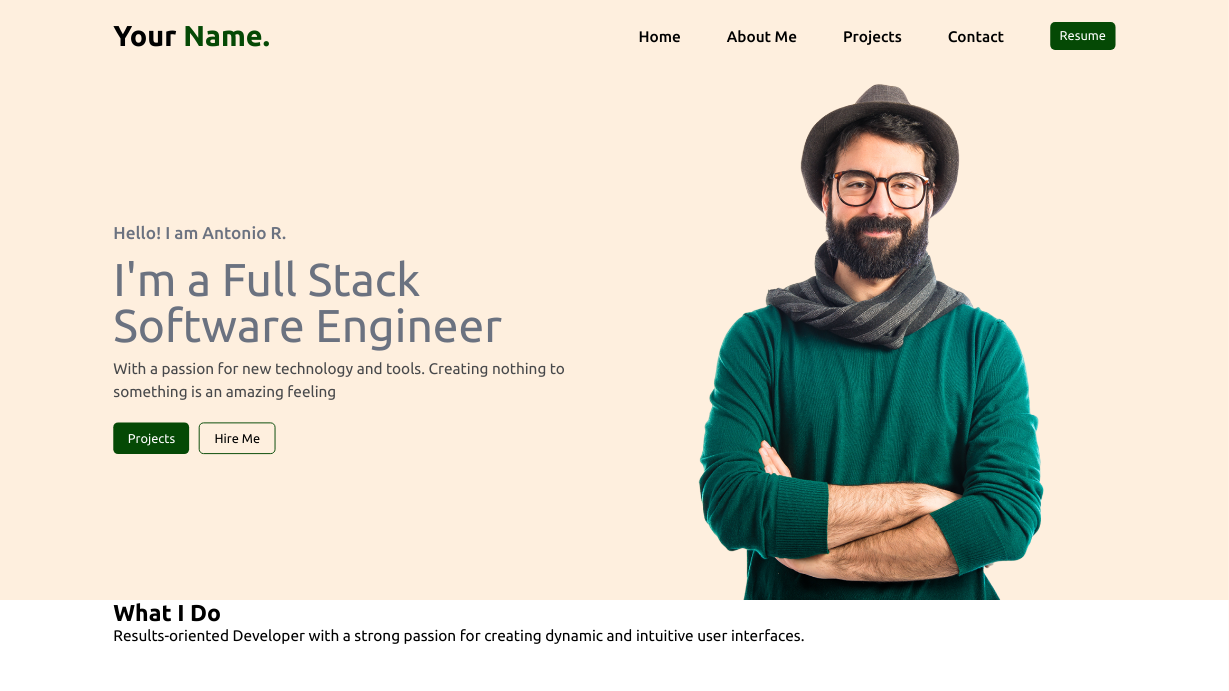
Repository: DevAntonioRogers/vanilla-portfolio
Page: index.html
An editor plug-in stored every save of this project. The page is shown before and after the next save, followed by the edit.
The browser window is 1280 px wide. The pictures show the whole page, at 96% of full size.

Above is the page before, as saved 2023-07-14 22:33:37.

After the next save:
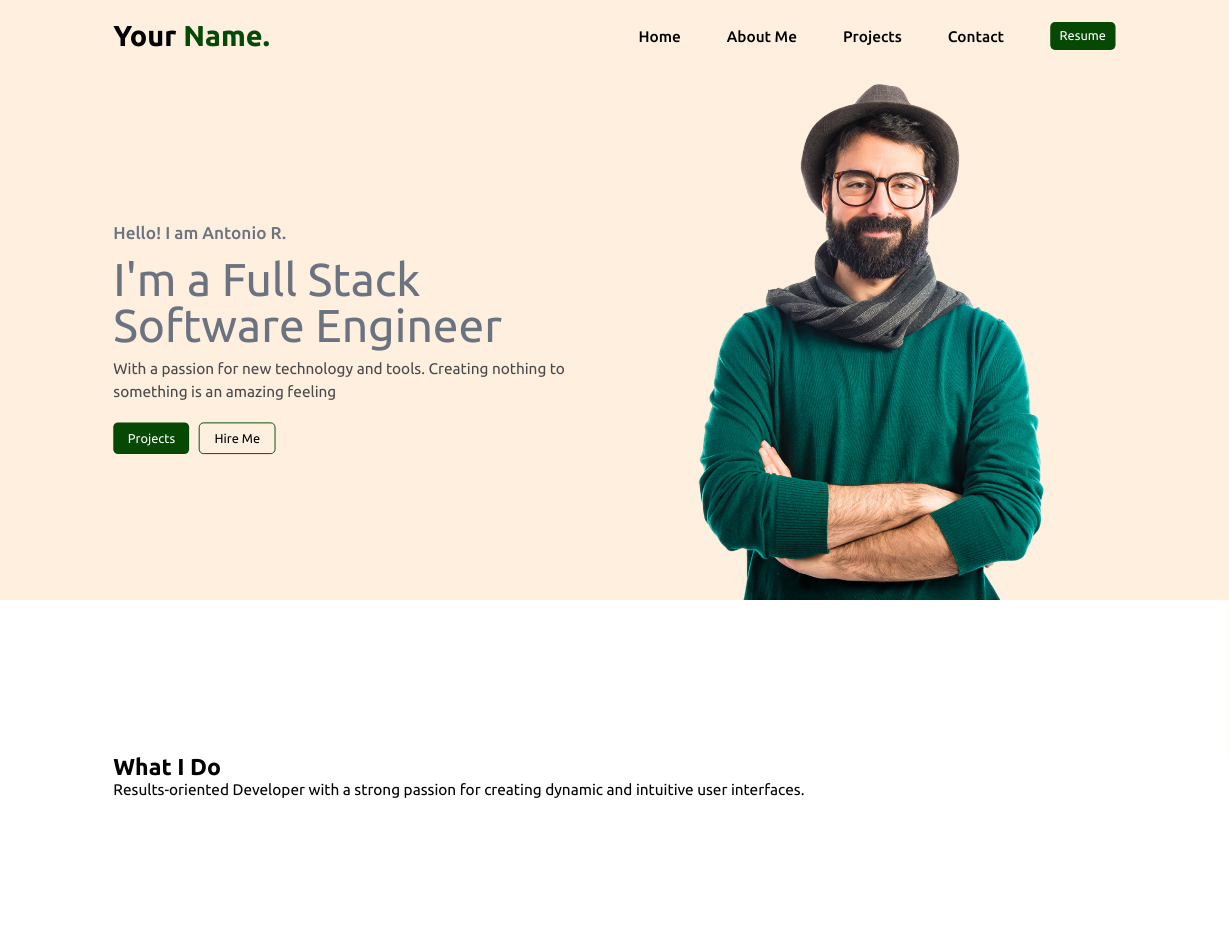
Saved 22 s later.
--- a/style.css
+++ b/style.css
@@ -130,3 +130,7 @@ nav {
 }
 
 /* Skills Styles */
+
+.skills {
+  padding: 10rem 0;
+}
